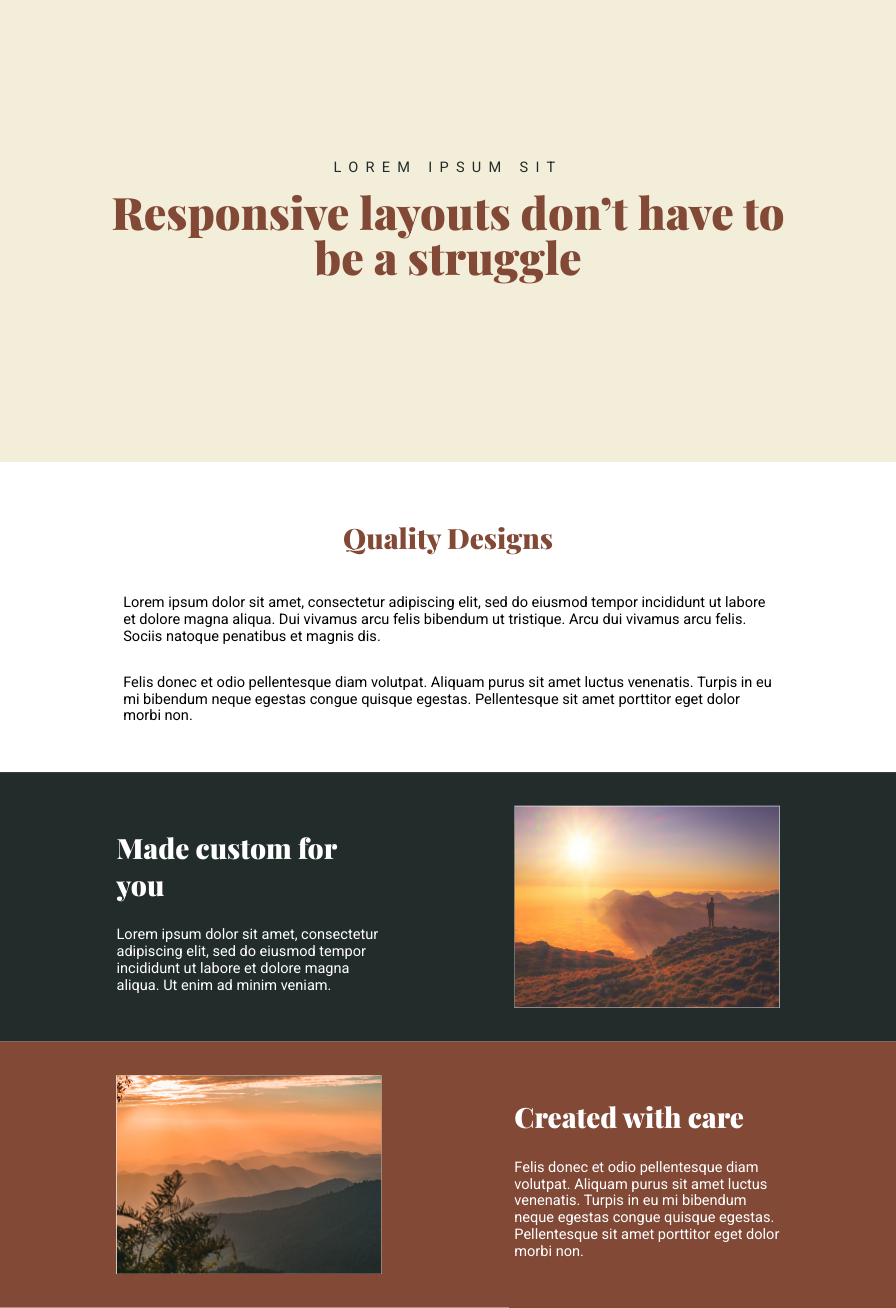
Repository: GregG21/Kevin-Powell-21-day-challange
Page: Day 12/index.html
An editor plug-in stored every save of this project. The page is shown before and after the next save, followed by the edit.
The browser window is 1280 px wide. The pictures show the whole page, at 70% of full size.
The style sheet was rebuilt from its Sass, Less or Tailwind sources for each picture, by a compiler version that may differ from the author's.

Above is the page before, as saved 2020-09-12 08:55:12.

After the next save:
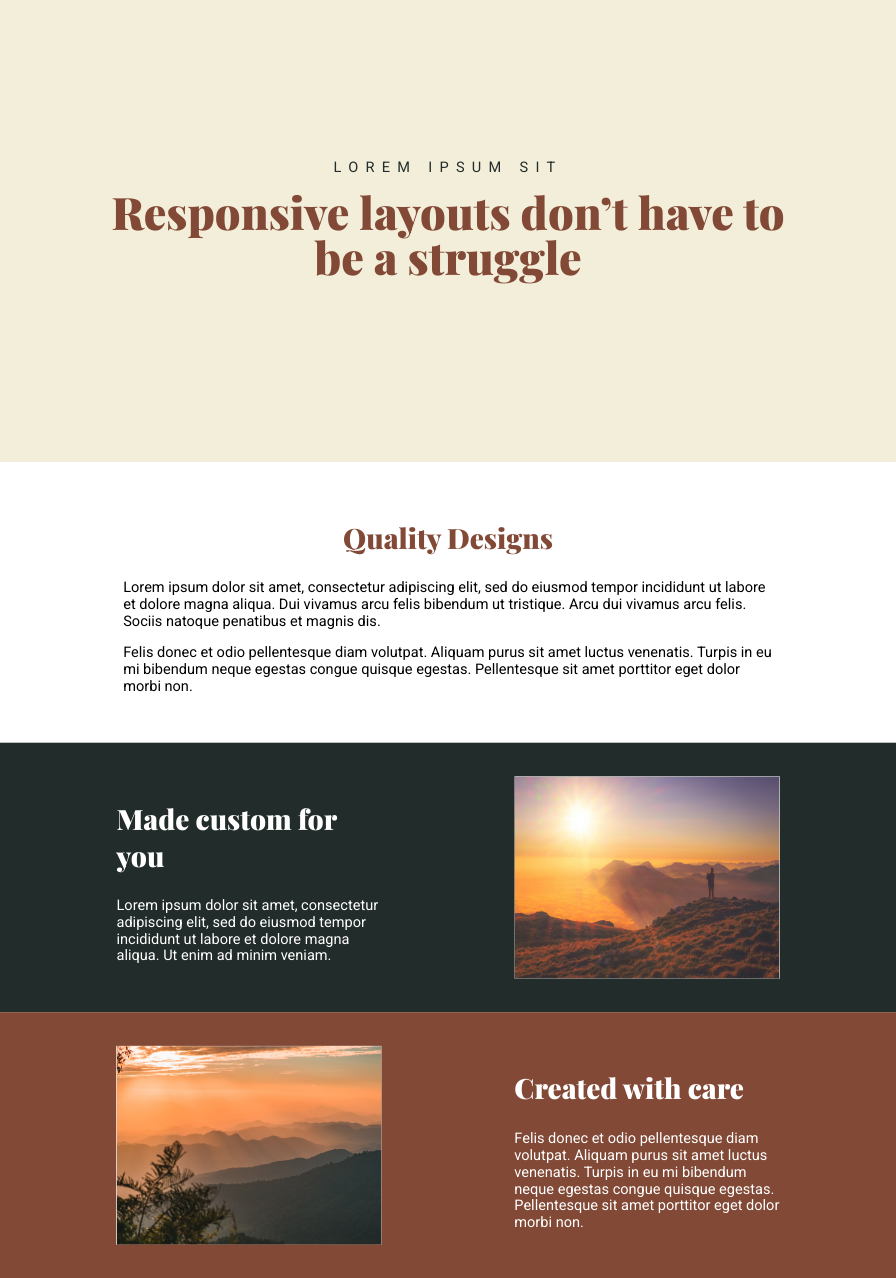
Saved 11 s later.
--- a/Day 12/index.html
+++ b/Day 12/index.html
@@ -23,7 +23,7 @@
     <main>
       <section class="container section__one">
         <h2 class="section__title display-flex">Quality Designs</h2>
-        <div class="left display-flex">
+        <div class="left">
           <p>
             Lorem ipsum dolor sit amet, consectetur adipiscing elit, sed do
             eiusmod tempor incididunt ut labore et dolore magna aliqua. Dui
@@ -31,7 +31,7 @@
             felis. Sociis natoque penatibus et magnis dis.
           </p>
         </div>
-        <div class="right display-flex"></div>
+        <div class="right"></div>
           <p>
             Felis donec et odio pellentesque diam volutpat. Aliquam purus sit
             amet luctus venenatis. Turpis in eu mi bibendum neque egestas congue
